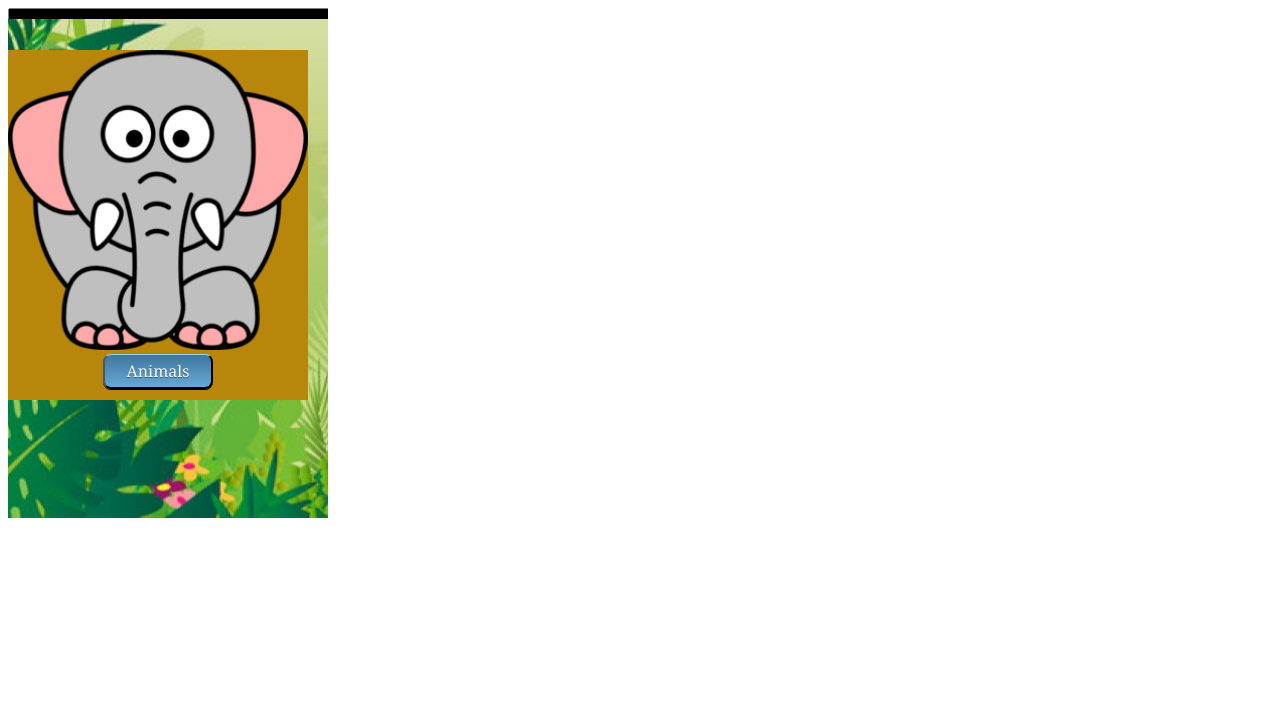
Repository: RathipriyaChandrasekaran/dotlite
Page: ConnectDots/menupage.html
The author's editor kept a copy of each file at every save. The page is drawn from the files as they stood at one save, then again after the next save.
The browser window is 1280 px wide. The pictures show the whole page.

Above is the page before, as saved 2014-12-14 06:39:41.

### ConnectDots/menupage.html
<!DOCTYPE html>
<html>
<head>
     <meta charset="utf-8" />
     <meta name="viewport" content="width=device-width, initial-scale=1.0, maximum-scale=1.0">
     <link rel="stylesheet" type="text/css" href="css/appstyle.css"/>
     <script src="js/main.js"></script>
</head>
<body>

 <div id="scroll" class="scope">

   <div id="filmstrip" class="filmstrip" style= "width:910px;">
    <div id="animallearning" class="scrollable">
     <a href="animals.html" class="filldiv"></a>
     <img src="images/elephants.png"></img>
     <button class="button" style="width:110px !important;" >Animals</button>
    </div>
    <div id="musiclearning" class="scrollable">
     <img src="images/guitar.png"></img>
     <button class="button" style="width:110px !important;" >Music</button>
    </div>
    <div id="fruitslearning" class="scrollable">
     <img src="images/fruits.png"></img>
     <button class="button" style="width:110px !important;">Fruits</button>
    </div>

   </div>
 </div>
 <canvas id="canvas" width="320px" height="520px"></canvas>



 <script>
 var points=new Array();
 var canvas = document.getElementById('canvas');
 var context = canvas.getContext('2d');
 var height = 500;
 var width = 320;

 context.beginPath();
 context.rect(1, 1, width, height);
 context.fill();
 context.lineWidth = 1;
 context.strokeStyle = 'black';
 context.stroke();

 function loadCanvas(dataURL, _cb) {

     // load image from data url
     var imageObj = new Image();
     imageObj.onload = function() {
         var imgWidth = this.width;
         var imgHeight = this.height;
         var posX = (width - imgWidth)/2;
         var posY = (height - imgHeight)/2;
         context.drawImage(this, -5, posY + 10);
         if (_cb) _cb();
     };

     imageObj.src = dataURL;
 }

loadCanvas("images/jungle.png", function() {

});




 </script>
</body>
</html>

### ConnectDots/css/appstyle.css
#backgroundimage{
	display: block;

    background-repeat: no-repeat ;
}

#play{
	position: absolute;
	top: 270px;
	left: 200px;
	width: 100px;
	height: 35px;
}

#pref{
	position : absolute;
	top: 320px;
	left: 200px;
	width: 100px;
	height: 30px;
}
#moregame{
	position : absolute;
	top: 360px;
	left: 200px;
	width: 100px;
	height: 30px;
}
#animals{
	position : absolute;
	top: 440px;
	left: 80px;
	width: 150px;
	height: 40px;
}
#fullversion{
	position : absolute;
	top: 400px;
	left: 200px;
	width: 100px;
	height: 30px;
}
.button {
   border-top: 1px solid #96d1f8;
   background: #D2691E;
   background: -webkit-gradient(linear, left top, left bottom, from(#3e779d), to(#65a9d7));
   background: -webkit-linear-gradient(top, #3e779d, #65a9d7);
   background: -moz-linear-gradient(top, #3e779d, #65a9d7);
   background: -ms-linear-gradient(top, #3e779d, #65a9d7);
   background: -o-linear-gradient(top, #3e779d, #65a9d7);
   padding: 5px 10px;
   -webkit-border-radius: 8px;
   -moz-border-radius: 8px;
   border-radius: 8px;
   -webkit-box-shadow: rgba(0,0,0,1) 0 1px 0;
   -moz-box-shadow: rgba(0,0,0,1) 0 1px 0;
   box-shadow: rgba(0,0,0,1) 0 1px 0;
   text-shadow: rgba(0,0,0,.4) 0 1px 0;
   color: white;
   font-size: 16px;
   font-family: Georgia, serif;
   text-decoration: bold;
   vertical-align: middle;
   }
.button:hover {
   border-top-color: #28597a;
   background: #28597a;
   color: #ccc;
   }
.button:active {
   border-top-color: #1b435e;
   background: #D2691E;
   }
   .smallbutton {
   border-top: 1px solid #96d1f8;
   background: #65a9d7;
   background: -webkit-gradient(linear, left top, left bottom, from(#3e779d), to(#65a9d7));
   background: -webkit-linear-gradient(top, #3e779d, #65a9d7);
   background: -moz-linear-gradient(top, #3e779d, #65a9d7);
   background: -ms-linear-gradient(top, #3e779d, #65a9d7);
   background: -o-linear-gradient(top, #3e779d, #65a9d7);
   padding: 5px 10px;
   -webkit-border-radius: 8px;
   -moz-border-radius: 8px;
   border-radius: 8px;
   -webkit-box-shadow: rgba(0,0,0,1) 0 1px 0;
   -moz-box-shadow: rgba(0,0,0,1) 0 1px 0;
   box-shadow: rgba(0,0,0,1) 0 1px 0;
   text-shadow: rgba(0,0,0,.4) 0 1px 0;
   color: white;
   font-size: 14px;
   font-family: Georgia, serif;
   text-decoration: none;
   vertical-align: middle;
   }
   .scope{
     position: absolute;
     top: 50px;
     width:300px;
     overflow-x:scroll;
     overflow-y:hidden;
   }

    img{
      top: 20px;
     width: 300px;
     height: 300px;
    }
    .scrollable{
      cursor: pointer;
      background-color: #B8860B;
      width: 300px;
      height: 350px;
      position: relative;
    }
    a.fill-div {
    display: block;
    height: 100%;
    width: 100%;
    text-decoration: none;
}


/**/
.filmstrip>div {
  width:300px;
  display:inline-block;
  text-align:center;
}

### ConnectDots/js/main.js
var startTime;
var checkTime;

//Initialize function
var init = function () {
	// TODO:: Do your initialization job
	console.log("init() called");

	// add eventListener for tizenhwkey
	document.addEventListener('tizenhwkey', function(e) {
		if(e.keyName == "back") {
			try {
				tizen.application.getCurrentApplication().exit();
			} catch (error) {
				console.error("getCurrentApplication(): " + error.message);
			}
		}
	});
};
// window.onload can work without <body onload="">
window.onload = init;

function startTime() {
	var today = new Date();
	var h = today.getHours();

	var m = today.getMinutes();
	var s = today.getSeconds();
	m = checkTime(m);
	s = checkTime(s);
	document.getElementById('divbutton1').innerHTML="Current time: " + h + ":" + m + ":" + s;
	var t = setTimeout(startTime, 250);
}

function checkTime(i) {
	if (i < 10) {
		i="0" + i;
	}
	return i;
}

After the next save:
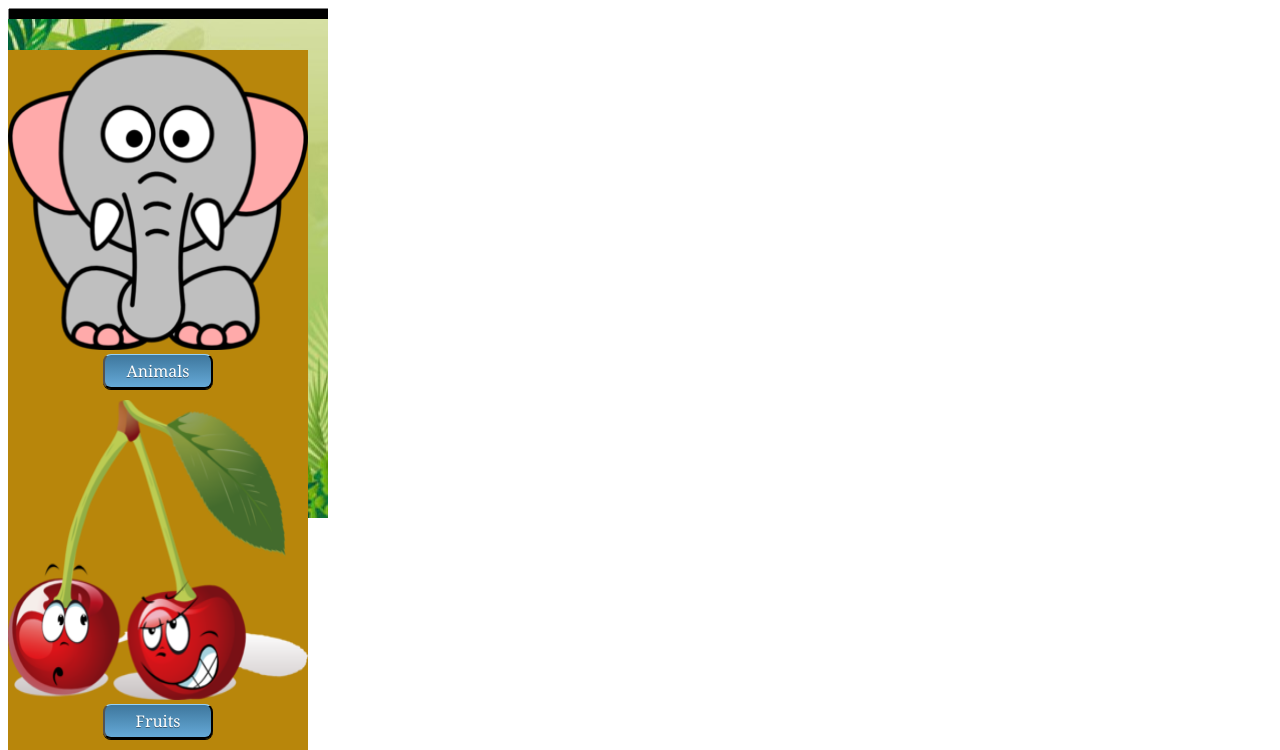
Saved 71 s later.
--- a/ConnectDots/menupage.html
+++ b/ConnectDots/menupage.html
@@ -10,7 +10,7 @@
 
  <div id="scroll" class="scope">
 
-   <div id="filmstrip" class="filmstrip" style= "width:910px;">
+   <div id="filmstrip" class="filmstrip" style= "width:905px;">
     <div id="animallearning" class="scrollable">
      <a href="animals.html" class="filldiv"></a>
      <img src="images/elephants.png"></img>

After the save that followed:
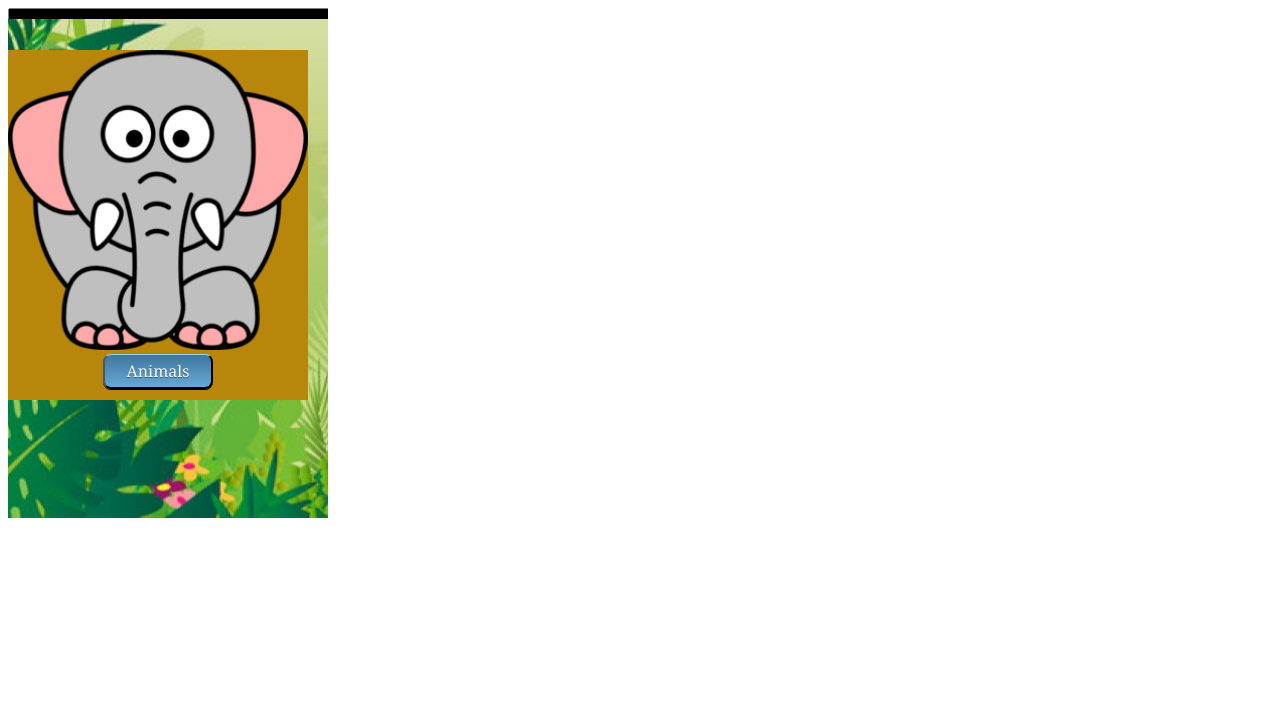
Saved 17 s later.
--- a/ConnectDots/menupage.html
+++ b/ConnectDots/menupage.html
@@ -10,7 +10,7 @@
 
  <div id="scroll" class="scope">
 
-   <div id="filmstrip" class="filmstrip" style= "width:905px;">
+   <div id="filmstrip" class="filmstrip" style= "width:908px;">
     <div id="animallearning" class="scrollable">
      <a href="animals.html" class="filldiv"></a>
      <img src="images/elephants.png"></img>
